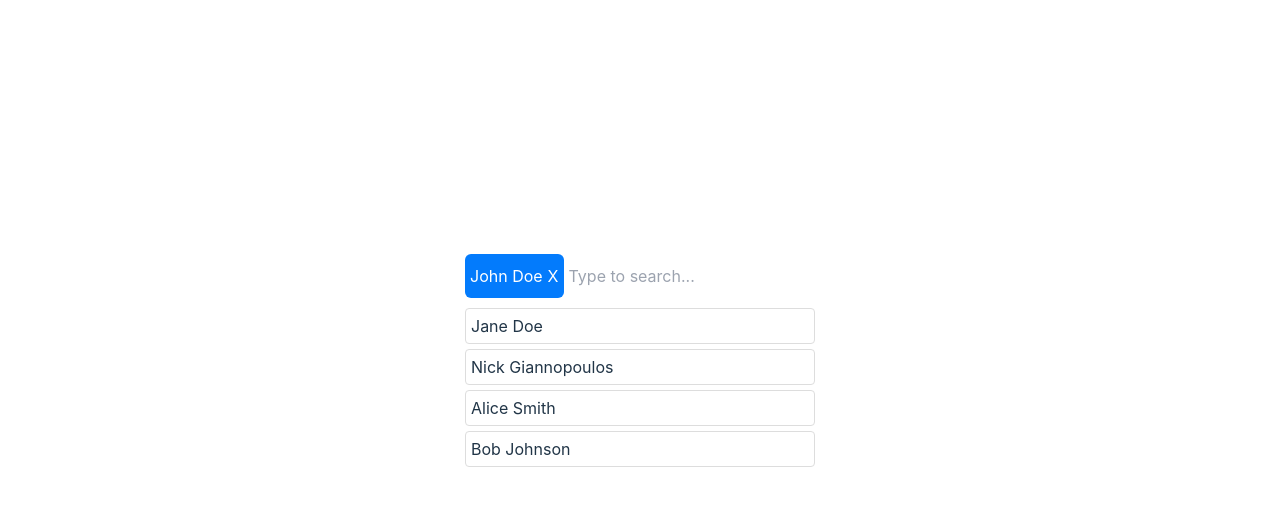
Repository: Ayansaxena24/Chip
Page: /, after clicking the first element matching `li`
These files come from the project's save history. The page is drawn as it stood at one moment and after the next save; the edit follows.
The browser window is 1280 px wide. The pictures show the whole page.
Some web libraries are served in a nearby version. The project was rebuilt for these pictures with package versions that can differ from the ones it lists, and the page was loaded fresh each time. Also part of the build but not shown: vite.config.ts.

Above is the page before, as saved 2024-01-16 03:09:28.

After the next save:
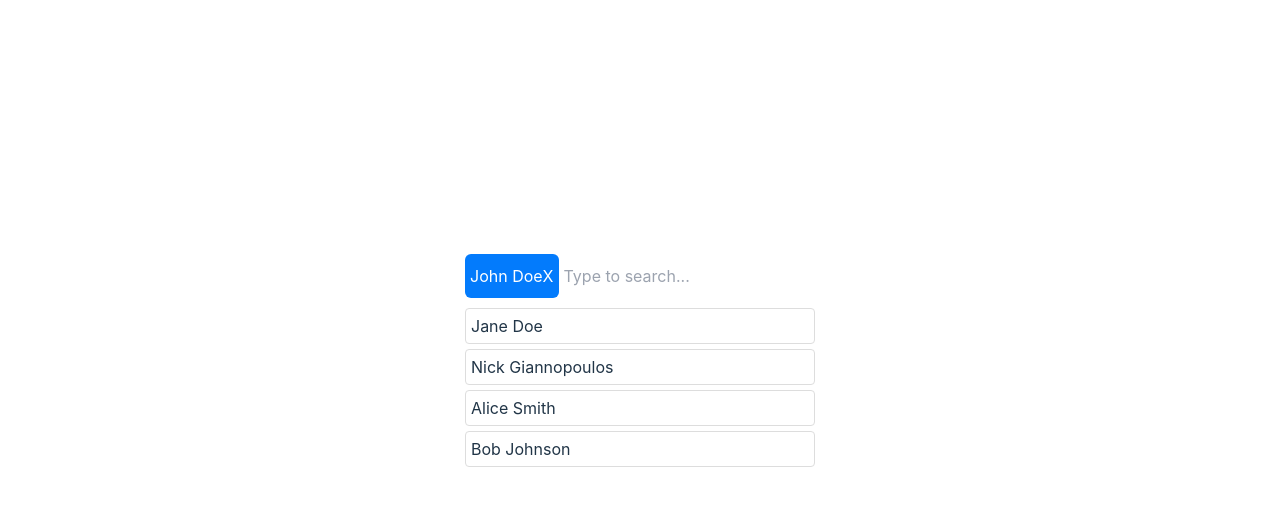
Saved 8 s later.
--- a/src/ChipInput.tsx
+++ b/src/ChipInput.tsx
@@ -82,7 +82,7 @@ const ChipInput: React.FC = () => {
               onClick={() => handleChipRemove(chip.id)}
             >
               {chip.label}
-              <span className="chip-remove">X</span>
+              <span className="">X</span>
             </div>
           ))}
           <input
